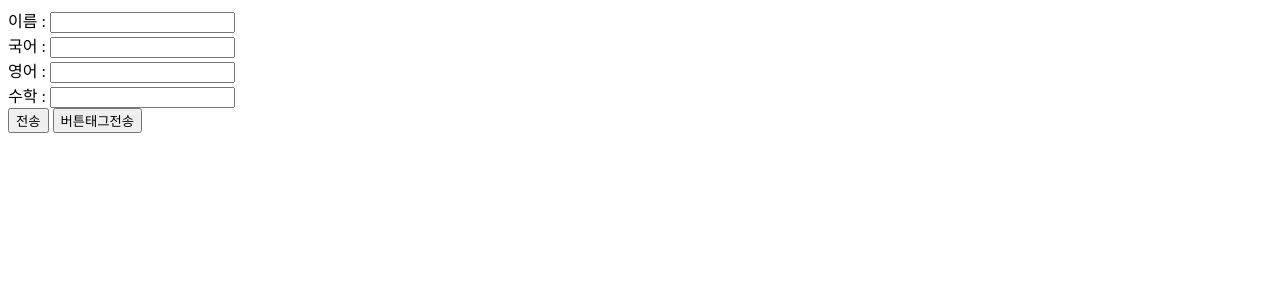
Repository: LEENYAMNYAM/JSP
Page: http://localhost/JSP_Project/exam/scoreinput_jquery.jsp
An editor plug-in stored every save of this project. The page is shown before and after the next save, followed by the edit.
The browser window is 1280 px wide. The pictures show the whole page.
The page is served by Tomcat 9.

Above is the page before, as saved 2025-02-27 02:32:28.

After the next save:
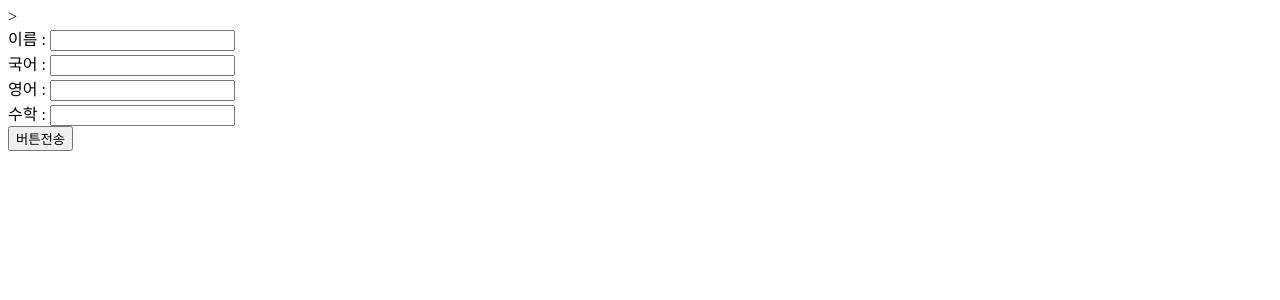
Saved 6 min 31 s later.
--- a/JSP_Project/src/main/webapp/exam/scoreinput_jquery.jsp
+++ b/JSP_Project/src/main/webapp/exam/scoreinput_jquery.jsp
@@ -5,18 +5,22 @@
 <head>
 <meta charset="UTF-8">
 <title>Insert title here</title>
+<script>
+	function check(){
+		alert("실행");
+	}
+
+
+</script>>
 </head>
 <body>
 
 <form action='scoreResult.jsp' method='get'>
-이름 : <input type='text' name='name'></br>
-국어 : <input type="text" name='kor'></br>
-영어 : <input type="text" name='eng'></br>
-수학 : <input type="text" name='math'></br>
-<input type='submit' value='전송'/>
-
-<!-- 버튼타입과 다르게 버튼은 자료를 잘 넘겨줌 -->
-<button> 버튼태그전송</button>
+	이름 : <input type='text' name='name'></br>
+	국어 : <input type="text" name='kor'></br>
+	영어 : <input type="text" name='eng'></br>
+	수학 : <input type="text" name='math'></br>
+	<input type='button' value='버튼전송' onclick="check()"/>
 
 </form>
 
